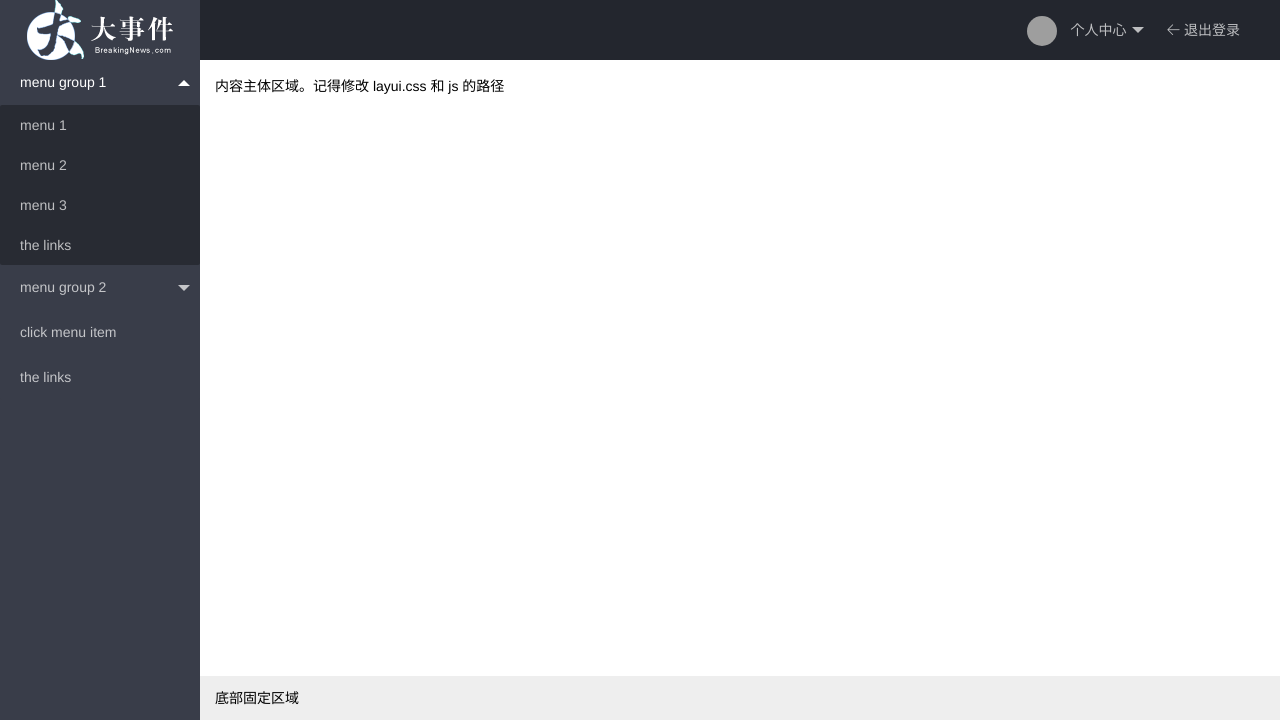
Repository: R1Deemo/Main-project
Page: index.html
The author's editor kept a copy of each file at every save. The page is drawn from the files as they stood at one save, then again after the next save.
The browser window is 1280 px wide. The pictures show the whole page.
Pictures or frames that could not be fetched are drawn as grey boxes.

Above is the page before, as saved 2022-10-30 17:18:36.

### index.html
<!DOCTYPE html>
<html>

<head>
    <meta charset="utf-8">
    <meta name="viewport" content="width=device-width, initial-scale=1, maximum-scale=1">
    <title>layout 管理系统大布局 - Layui</title>
    <link rel="stylesheet" href="/assets/lib/layui/css/layui.css">
    <link rel="stylesheet" href="/assets/css/index.css">
</head>

<body>
    <div class="layui-layout layui-layout-admin">
        <div class="layui-header">
            <div class="layui-logo layui-hide-xs layui-bg-black" id="logo"></div>
            <!-- 头部区域（可配合layui 已有的水平导航） -->
            <ul class="layui-nav layui-layout-left">
                <!-- 移动端显示 -->
                <li class="layui-nav-item layui-show-xs-inline-block layui-hide-sm" lay-header-event="menuLeft">
                    <i class="layui-icon layui-icon-spread-left"></i>
                </li>


                <li class="layui-nav-item">

                    <dl class="layui-nav-child">
                        <dd><a href="">menu 11</a></dd>
                        <dd><a href="">menu 22</a></dd>
                        <dd><a href="">menu 33</a></dd>
                    </dl>
                </li>
            </ul>
            <ul class="layui-nav layui-layout-right">
                <li class="layui-nav-item layui-hide layui-show-md-inline-block">
                    <a href="javascript:;">
                        <img src="//tva1.sinaimg.cn/crop.0.0.118.118.180/5db11ff4gw1e77d3nqrv8j203b03cweg.jpg" class="layui-nav-img"> 个人中心
                    </a>
                    <dl class="layui-nav-child">
                        <dd><a href="">基本资料</a></dd>
                        <dd><a href="">更换头像</a></dd>
                        <dd><a href="">重置密码</a></dd>
                    </dl>
                </li>
                <li class="layui-nav-item" lay-header-event="menuRight" lay-unselect>
                    <a href="javascript:;">
                        <i class="layui-icon layui-icon-return"> 退出登录</i>
                    </a>
                </li>
            </ul>
        </div>

        <div class="layui-side layui-bg-black">
            <div class="layui-side-scroll">
                <!-- 左侧导航区域（可配合layui已有的垂直导航） -->
                <ul class="layui-nav layui-nav-tree" lay-filter="test">
                    <li class="layui-nav-item layui-nav-itemed">
                        <a class="" href="javascript:;">menu group 1</a>
                        <dl class="layui-nav-child">
                            <dd><a href="javascript:;">menu 1</a></dd>
                            <dd><a href="javascript:;">menu 2</a></dd>
                            <dd><a href="javascript:;">menu 3</a></dd>
                            <dd><a href="">the links</a></dd>
                        </dl>
                    </li>
                    <li class="layui-nav-item">
                        <a href="javascript:;">menu group 2</a>
                        <dl class="layui-nav-child">
                            <dd><a href="javascript:;">list 1</a></dd>
                            <dd><a href="javascript:;">list 2</a></dd>
                            <dd><a href="">超链接</a></dd>
                        </dl>
                    </li>
                    <li class="layui-nav-item"><a href="javascript:;">click menu item</a></li>
                    <li class="layui-nav-item"><a href="">the links</a></li>
                </ul>
            </div>
        </div>

        <div class="layui-body">
            <!-- 内容主体区域 -->
            <div style="padding: 15px;">内容主体区域。记得修改 layui.css 和 js 的路径</div>
        </div>

        <div class="layui-footer">
            <!-- 底部固定区域 -->
            底部固定区域
        </div>
    </div>
    <script src="/assets/lib/layui/layui.all.js"></script>

</body>

</html>

### assets/css/index.css
#logo {
    background: url(/assets/images/logo.png) no-repeat center;
}

Loaded but not shown: assets/lib/layui/css/layui.css (library); assets/lib/layui/layui.all.js (library); assets/lib/layui/css/modules/laydate/default/laydate.css (library); assets/lib/layui/css/modules/layer/default/layer.css (library); assets/lib/layui/css/modules/code.css (common file)

After the next save:
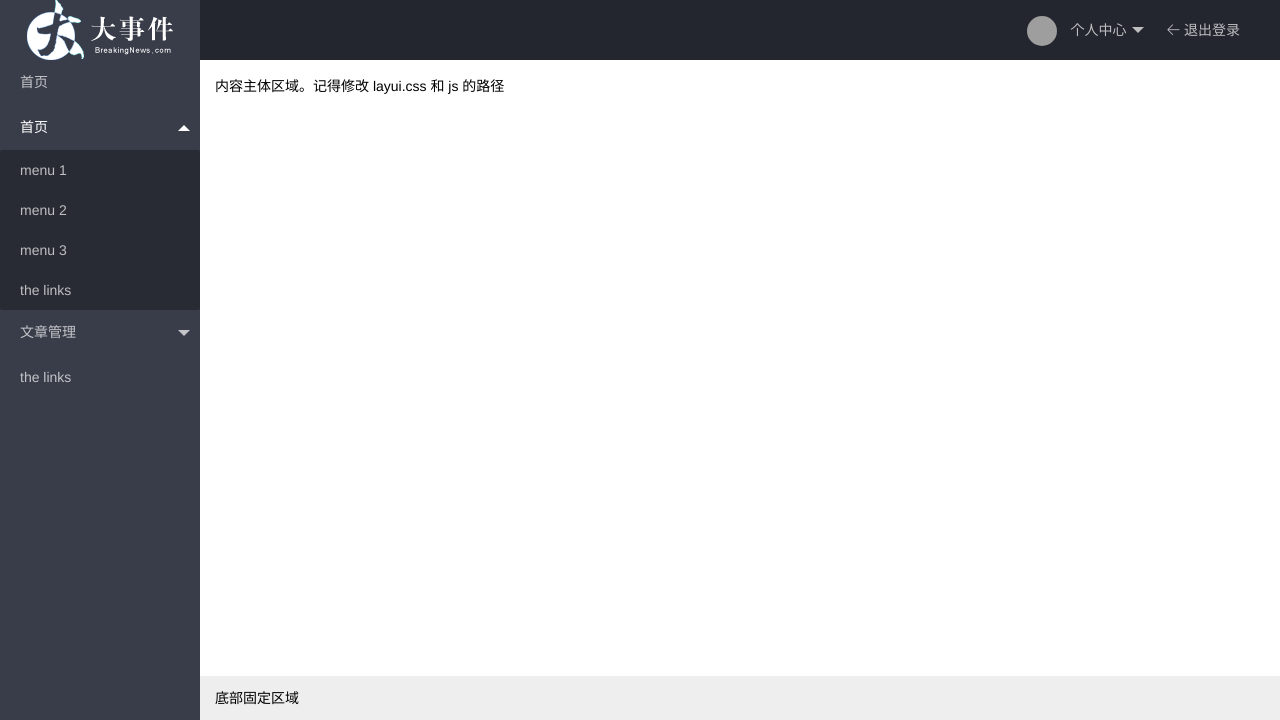
Saved 4 min 52 s later.
--- a/index.html
+++ b/index.html
@@ -53,8 +53,9 @@
             <div class="layui-side-scroll">
                 <!-- 左侧导航区域（可配合layui已有的垂直导航） -->
                 <ul class="layui-nav layui-nav-tree" lay-filter="test">
+                    <li class="layui-nav-item"><a href="javascript:;">首页</a></li>
                     <li class="layui-nav-item layui-nav-itemed">
-                        <a class="" href="javascript:;">menu group 1</a>
+                        <a class="" href="javascript:;">首页</a>
                         <dl class="layui-nav-child">
                             <dd><a href="javascript:;">menu 1</a></dd>
                             <dd><a href="javascript:;">menu 2</a></dd>
@@ -63,14 +64,14 @@
                         </dl>
                     </li>
                     <li class="layui-nav-item">
-                        <a href="javascript:;">menu group 2</a>
+                        <a href="javascript:;">文章管理</a>
                         <dl class="layui-nav-child">
                             <dd><a href="javascript:;">list 1</a></dd>
                             <dd><a href="javascript:;">list 2</a></dd>
                             <dd><a href="">超链接</a></dd>
                         </dl>
                     </li>
-                    <li class="layui-nav-item"><a href="javascript:;">click menu item</a></li>
+
                     <li class="layui-nav-item"><a href="">the links</a></li>
                 </ul>
             </div>
